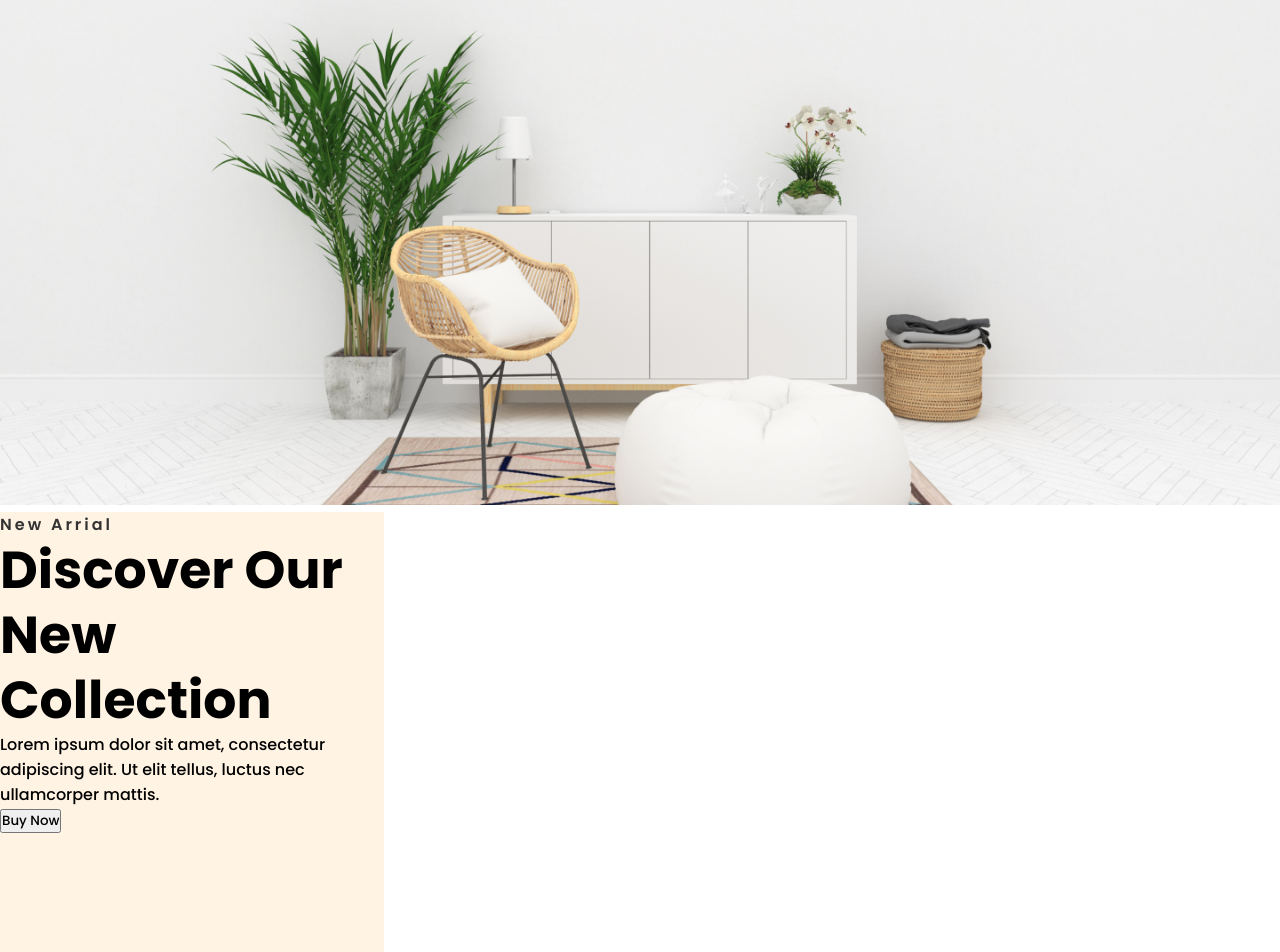
Repository: DT2301/project
Page: index.html
These files come from the project's save history. The page is drawn as it stood at one moment and after a run of saves; the edit follows.
The browser window is 1280 px wide. The pictures show the part of the page from y = 233 to 1185 px (the page is 1185 px tall).
A picture or video elsewhere on the page could not be fetched, so the positions and the page height are approximate.

Above is the page before, as saved 2024-01-07 10:13:18.

After the next 3 saves:
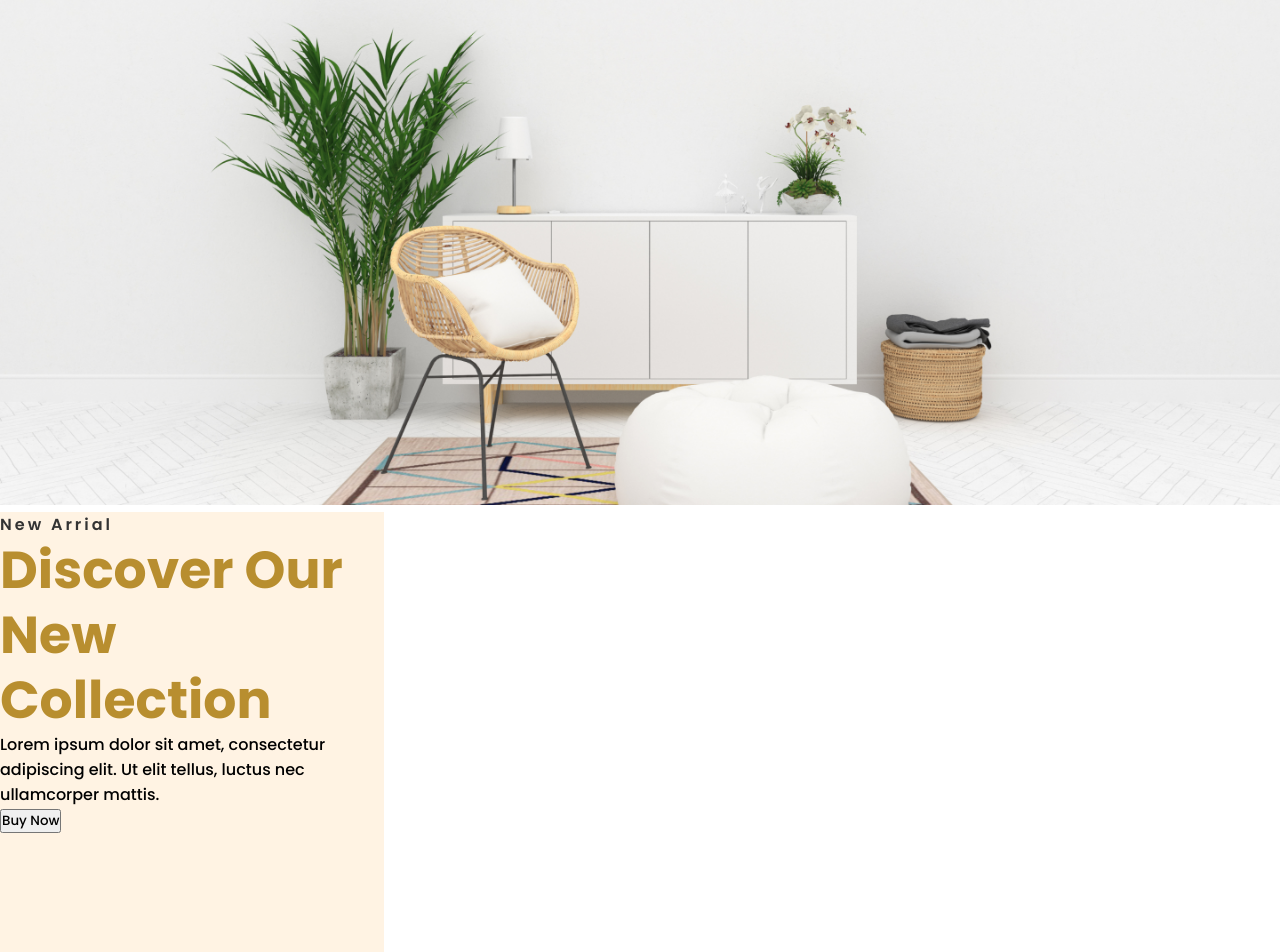
The 3 saves are shown as one change because they came seconds apart.
The last was saved 9 s later.
--- a/style.css
+++ b/style.css
@@ -68,4 +68,5 @@ ul {
     font-size: 52px;
     line-height: 65px;
     font-weight: 700;
+    color: #B88E2F;
 }
